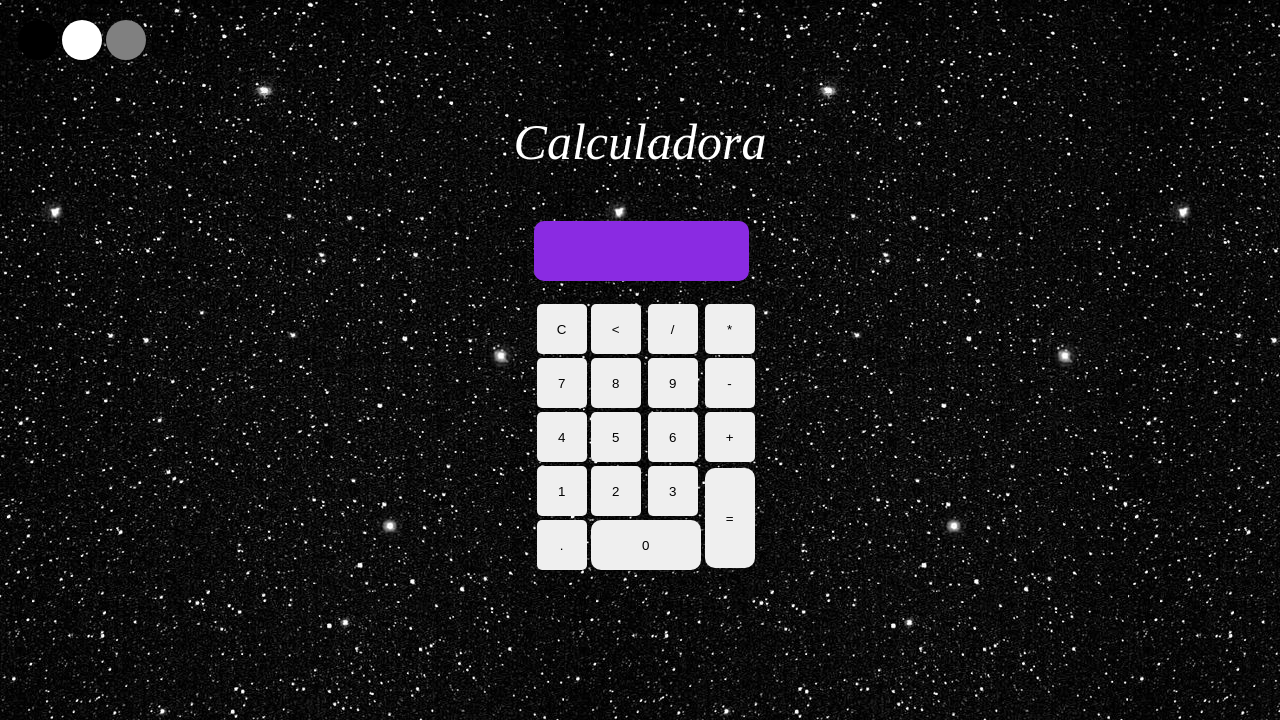
Repository: mariele-huff/calculadora
Page: index.html
These files come from the project's save history. The page is drawn as it stood at one moment and after the next save; the edit follows.
The browser window is 1280 px wide. The pictures show the whole page.

Above is the page before, as saved 2022-08-14 21:12:14.

### index.html
<!DOCTYPE html>
<html lang="pt-br">

<head>
    <meta charset="UTF-8">
    <meta http-equiv="X-UA-Compatible" content="IE=edge">
    <meta name="viewport" content="width=device-width, initial-scale=1.0">
    <link rel="stylesheet" href="style.css">
    <script src="index.js">

    </script>
    <title>Calculadora</title>
</head>

<body>
    <div class="cores">
    <button class="corAzul"onclick="mudaCorAz()"></button>
    <button class="corRosa"onclick="mudaCorRos()"></button>
    <button class="corAmarelo"onclick="mudaCorAm()"></button>
    <button class="corVerde"onclick="mudaCorGr()"></button>
    </div>
    <div class="calculadora">
        <p id="titulo" class="titulo">Calculadora</p>
        <div id="resultado">  </div>
        <table>
            <tr>

                <td><button class="botao" onclick="limpar()">C</button></td>
                <td><button class="botao" onclick="voltar()"><</button>
                </td>
                <td><button class="botao" onclick="acrescenta('/')">/</button></td>
                <td><button class="botao" onclick="acrescenta('*')">*</button></td>
            </tr>
            <tr>
                <td><button class="botao" onclick="acrescenta('7')">7</button></td>
                <td><button class="botao" onclick="acrescenta('8')">8</button></td>
                <td><button class="botao" onclick="acrescenta('9')">9</button></td>
                <td><button class="botao" onclick="acrescenta('-')">-</button></td>
            </tr>
            <tr>
                <td><button class="botao" onclick="acrescenta('4')">4</button></td>
                <td><button class="botao" onclick="acrescenta('5')">5</button></td>
                <td><button class="botao" onclick="acrescenta('6')">6</button></td>
                <td><button class="botao" button onclick="acrescenta('+'), calcular()" >+</button>
                </td>
            </tr>
            <tr>
                <td><button class="botao" onclick="acrescenta('1')">1</button></td>
                <td><button class="botao" onclick="acrescenta('2')">2</button></td>
                <td><button class="botao" onclick="acrescenta('3')">3</button></td>
                <td rowspan="2"><button class="botao2" onclick="calcular()">=</button></td>
            </tr>
            <tr>

                <td> <button class="botao" onclick="acrescenta('.')">.</button></td>
                <td colspan="2"><button class="botao1" onclick="acrescenta('0')">0</button></td>
            </tr>
        </table>
    </div>

</body>

</html>

### style.css
body {
    background-image: url("img/fundo.jpg")
}

.titulo {
    color: white;
    text-align: center;
    font-size: 50px;
    font-style: italic;
}

.calculadora {
    width: 250px;
    height: 400px;
    margin-left: 40%;
    border: 5px black;
    border-radius: 10px;

}

.botao {
    height: 50px;
    width: 50px;
    border-width: inherit;
    border-radius: 5px;
    text-align: center;
}

.botao:hover {
    border-width: 2px;
    border-color: blueviolet;

}

.botao1:hover {
    border-width: 2px;
    border-color: blueviolet;

}

.botao2:hover {
    background-color: blueviolet;
    color:wheat;
}

.botao1 {
    height: 50px;
    width: 110px;
    border-radius: 10px;
    border-width: inherit;

}

.botao2 {
    height: 100px;
    width: 50px;
    border-radius: 10px;
    border-width: inherit;

}

#resultado {
    background-color: blueviolet;
    height: 60px;
    width: 215px;
    border-radius: 10px;
    border-width: 10px;
    border-color: blueviolet;
    color: white;
    font-size: 50px;
    margin-left: 20px;
    text-align: right;


}

table {
    margin-left: 20px;
    margin-top: 20px;
}
.cores{
    width: 100%;
    margin-top: 20px;

}
.corAzul{
   margin-left: 10px;
    border-radius: 100%;
    border: thin;
    height: 40px;
    width: 40px;
    background-color: black;
    color:white

}

.corRosa{
    border-radius: 100%;
    border: thin;
    height: 40px;
    width: 40px;
    background-color: white;
    color:black

}

.corAmarelo{
    border-radius: 100%;
    border: thin;
    height: 40px;
    width: 40px;
    background-color:grey;
    color:white
}
.corVerde{
    border-radius: 100%;
    border: thin;
    height: 40px;
    width: 40px;
    background-image: url('img/fundo.jpg');
    color:white

}

### index.js

let acrescenta = (num) => {
    let numero = document.querySelector('#resultado').innerHTML
    document.querySelector('#resultado').innerHTML = numero + num
}
let limpar = () => {
    let resultado = document.querySelector('#resultado')
    resultado.innerHTML = " "
}

let voltar = () => {
    let resultado = document.querySelector('#resultado').innerHTML
    document.querySelector('#resultado').innerHTML = resultado.substring(0, resultado.length - 1)

}

let calcular = () => {

    let resultado = document.querySelector('#resultado').innerHTML
    if (resultado) {
        let aresult = document.querySelector('#resultado').innerHTML = eval(resultado)

    }
}
let mudaCorAz = () => {
    document.body.style.background = 'black'
    document.getElementById('titulo').style.color = 'white'



}
let mudaCorRos = () => {
    document.body.style.background = 'white'
    document.getElementById('titulo').style.color = 'black'
}
let mudaCorAm = () => {
    document.body.style.background = 'grey'
    document.getElementById('titulo').style.color = 'black'
}
let mudaCorGr = () => {
    document.body.style.backgroundImage = "url('img/fundo.jpg')"
    document.getElementById('titulo').style.color = 'white'
}



let historico = () => {

    let hist = document.createElement('div')
    hist.style.width = '300px'
    hist.style.height = '300px'
    hist.style.marginLeft = '37%'
    hist.style.marginTop = '100px'
    hist.style.background = 'white'

    document.body.appendChild(hist)



}

After the next save:
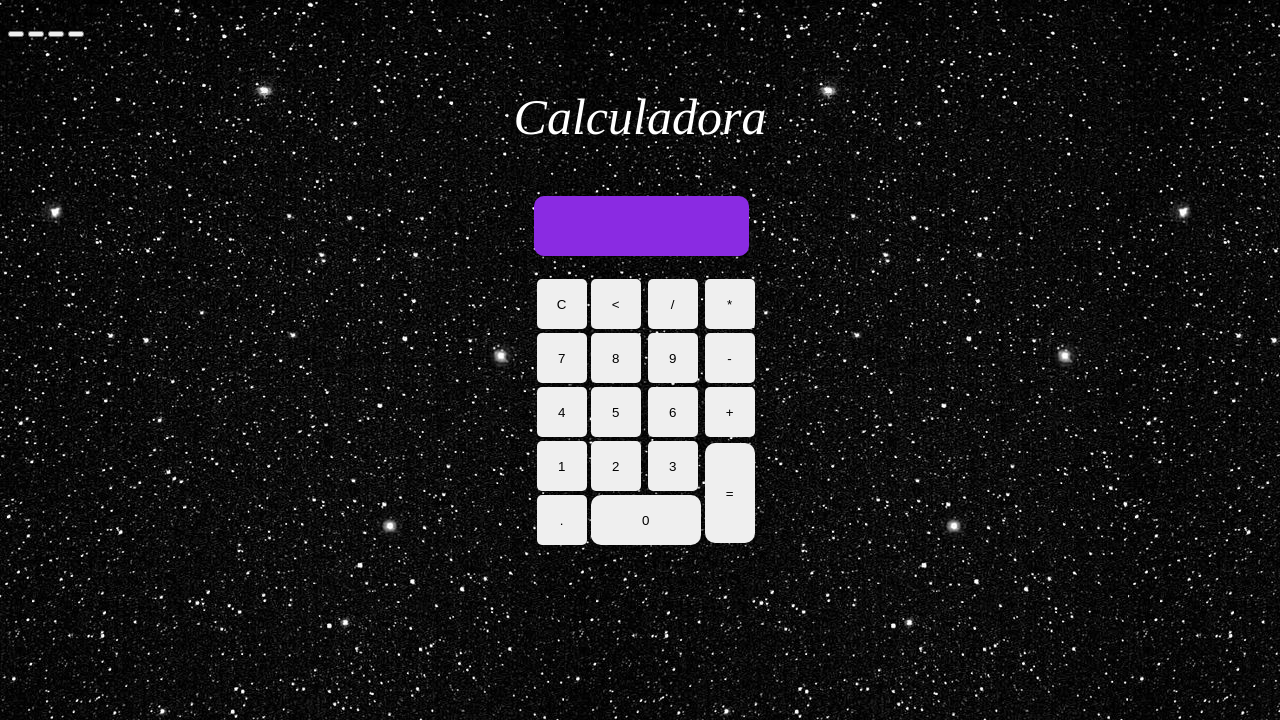
Saved 85 s later.
--- a/index.html
+++ b/index.html
@@ -14,10 +14,10 @@
 
 <body>
     <div class="cores">
-    <button class="corAzul"onclick="mudaCorAz()"></button>
-    <button class="corRosa"onclick="mudaCorRos()"></button>
-    <button class="corAmarelo"onclick="mudaCorAm()"></button>
-    <button class="corVerde"onclick="mudaCorGr()"></button>
+    <button class="corP"onclick="mudaCorP()"></button>
+    <button class="corB"onclick="mudaCorB()"></button>
+    <button class="corC"onclick="mudaC()"></button>
+    <button class="corG"onclick="mudaCorG()"></button>
     </div>
     <div class="calculadora">
         <p id="titulo" class="titulo">Calculadora</p>
